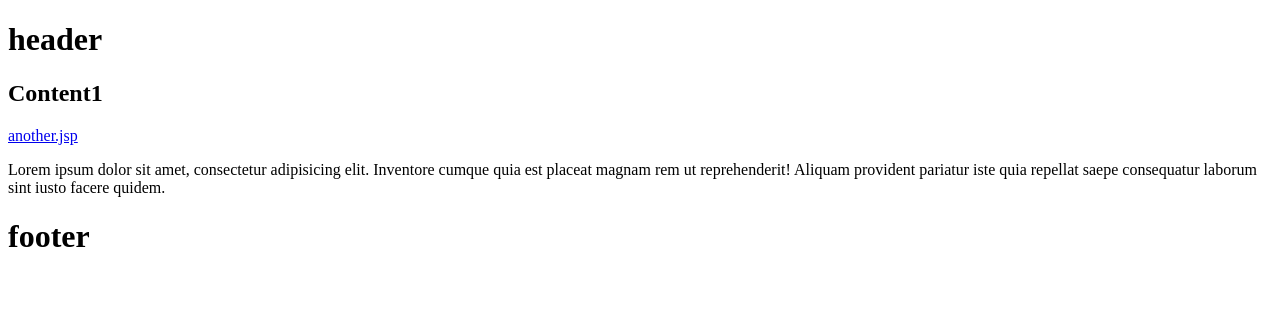
Repository: dygksqkr12/Server
Page: http://localhost/01_helloweb/jsp/inclide.jsp
These files come from the project's save history. The page is drawn as it stood at one moment and after the next save; the edit follows.
The browser window is 1280 px wide. The pictures show the whole page.
The page is served by Tomcat 9.

Above is the page before, as saved 2021-03-24 12:32:35.

After the next save:
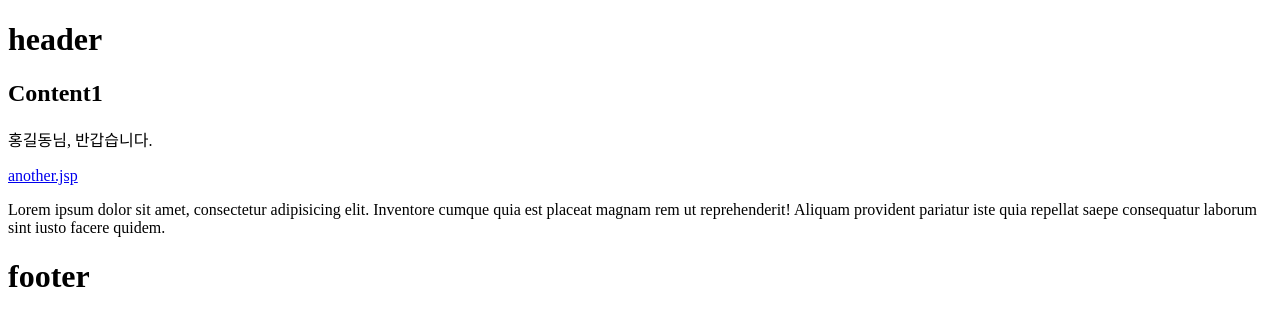
Saved 3 s later.
--- a/01_helloweb/WebContent/jsp/inclide.jsp
+++ b/01_helloweb/WebContent/jsp/inclide.jsp
@@ -3,6 +3,7 @@
 <%@ include file="/jsp/header.jsp" %>
 
 		<h1>Content1</h1>
+		<p><%= name %>님, 반갑습니다.</p>
 		<a href="/web/jsp/another.jsp">another.jsp</a>
 		<p>Lorem ipsum dolor sit amet, consectetur adipisicing elit. Inventore cumque quia est placeat magnam rem ut reprehenderit! Aliquam provident pariatur iste quia repellat saepe consequatur laborum sint iusto facere quidem.</p>
 
